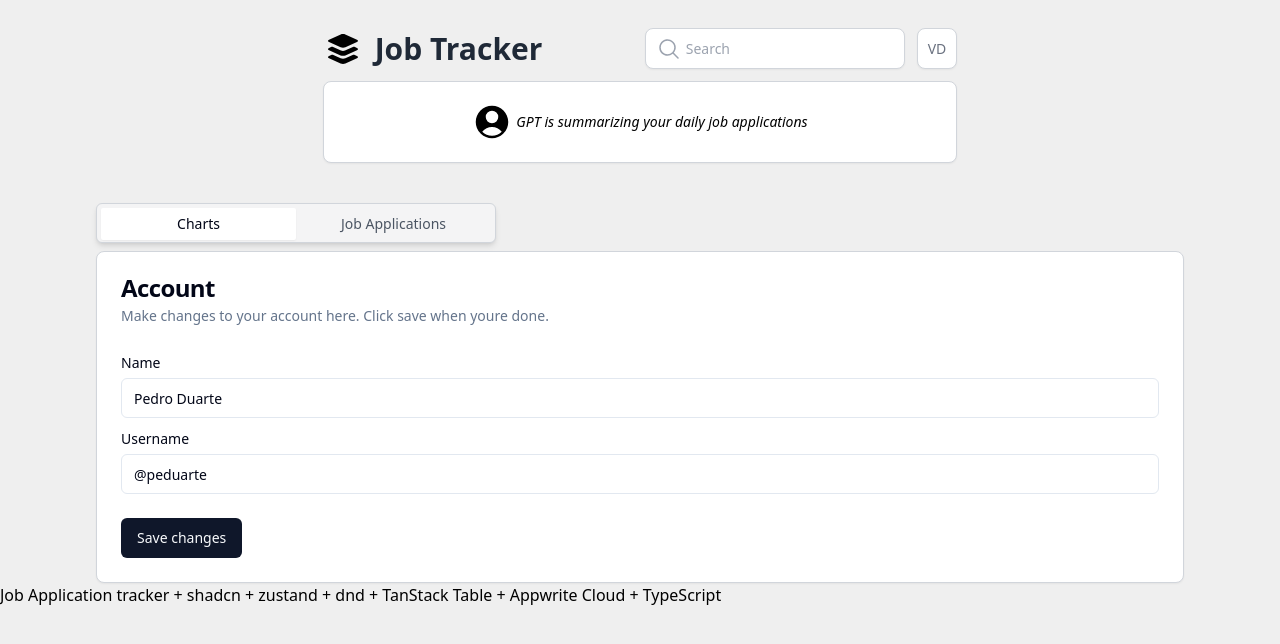
Repository: Vasil1001/job-applications-tracker-nextjs
Page: /
An editor plug-in stored every save of this project. The page is shown before and after a run of saves, followed by the edit.
The browser window is 1280 px wide. The pictures show the whole page.
The project was rebuilt for these pictures with package versions that can differ from the ones it lists, and the page was loaded fresh each time. The framework's server and built-in components were replaced by stand-ins that run in the browser. Also part of the build but not shown: next.config.js.

Above is the page before, as saved 2023-06-24 19:05:11.

### app/layout.tsx
import "./globals.css";
import { Inter } from "next/font/google";

const inter = Inter({ subsets: ["latin"] });

export const metadata = {
  title: "Job Tracker",
  description: "Generated by create next app",
};

export default function RootLayout({
  children,
}: {
  children: React.ReactNode;
}) {
  return (
    <html lang="en">
      <body  suppressHydrationWarning={true} className="bg-[#efefef]">{children}</body>
    </html>
  );
}

### app/page.tsx
import Header from "@/components/Header";
import Image from "next/image";

export default function Home() {
  return (
    <main className="flex min-h-screen max-w-screen flex-col justify-between mx-auto ">
      {/* Header Component */}
      <Header />

      {/* Board dnd Component */}

    </main>
  );
}

### components/Header.tsx
"use client";
import { Search } from "lucide-react";
import React from "react";
import SearchBar from "./navbar/SearchBar";
import { IoIosApps } from "react-icons/io";
import { RiSendPlaneLine } from "react-icons/ri";
import { BiNotepad } from "react-icons/bi";
import Image from "next/image";
import { MagnifyingGlassIcon, UserCircleIcon } from "@heroicons/react/24/solid";
import { FiUser } from "react-icons/fi";
import { HiMagnifyingGlass } from "react-icons/hi2";
import Navbar from "./navbar/Navbar";
import Avatar from "react-avatar";
import JobChartsTab from "./ui/JobChartsTab";

export default function Header() {
  return (
    <header className="">
      <Navbar />

      <JobChartsTab />
      <h1>
        Job Application tracker + shadcn + zustand + dnd + TanStack Table +
        Appwrite Cloud + TypeScript
      </h1>
    </header>
  );
}

### components/navbar/Navbar.tsx
import React from "react";
import SearchBar from "./SearchBar";
import { IoIosApps } from "react-icons/io";
import { HiMagnifyingGlass } from "react-icons/hi2";
import { UserCircleIcon } from "@heroicons/react/24/solid";

export default function Navbar() {
  return (
    <div className="bg-[#efefef] p-7 xl:px-24 transition-all ">
      <div className="xl:w-7/12 mx-auto">
        <div className="flex flex-col md:flex-row items-center transition-all ">
          {/* <Navbar /> */}
          {/* <Image
          src="https://links.papareact.com/c2cdd5"
          alt="Logo"
          width={300}
          height={100}
          className="w-44 md:w-56 pb-10 md:pb-0 object-contain"
        /> */}
          {/* Logo */}
          <div className="flex items-center font-bold text-3xl mb-3 md:mb-0">
            <IoIosApps size={40} className="mr-3" />
            <span className="text-gray-800">Job Tracker</span>
          </div>

          {/* Search input, button and profile */}
          <div className="flex items-center gap-3 flex-1 justify-end w-full">
            <form className=" flex items-center justify-center  flex-1 md:flex-initial transition-all">
              <div className="relative  flex-1 md:flex-initial">
                <span className="absolute inset-y-0 left-0 flex items-center pl-3">
                  <HiMagnifyingGlass className="w-6 h-6 text-gray-400" />
                </span>
                <div className="flex gap-3 h-full">
                  <input
                    type="text"
                    className="w-full flex-1 h-full py-2.5 pl-10 pr-4 border shadow-sm focus-visible:outline-none focus-visible:ring-1 focus:ring-gray-400 text-black bg-white border-gray-300 text-sm rounded-lg hover:border-gray-300 placeholder:text-gray-400 focus:placeholder:text-gray-500"
                    placeholder="Search"
                  />
                  <div className="border flex px-2.5 items-center justify-center shadow-sm focus-visible:outline-none focus-visible:ring-1 focus:ring-gray-400 bg-white text-gray-500 border-gray-300 text-sm rounded-lg hover:border-gray-300">
                    VD
                  </div>
                </div>
              </div>
              <button hidden> Search</button>
            </form>
          </div>
        </div>

        <div className="flex w-full flex-1  md:justify-end mt-3">
          <p className="flex flex-1 items-center justify-center text-sm font-light pr-5 shadow-sm rounded-lg p-5 w-fit bg-white italic border border-gray-300 hover:border-gray-300">
            <UserCircleIcon className=" inline-block h-10 w-10 mr-1" />
            GPT is summarizing your daily job applications
          </p>
        </div>
      </div>
    </div>
  );
}

### components/ui/JobChartsTab.tsx
import { Button } from "@/components/ui/button";
import {
  Card,
  CardContent,
  CardDescription,
  CardFooter,
  CardHeader,
  CardTitle,
} from "@/components/ui/card";
import { Input } from "@/components/ui/input";
import { Label } from "@/components/ui/label";
import { Tabs, TabsContent, TabsList, TabsTrigger } from "@/components/ui/tabs";
export default function JobChartsTab() {
  return (
    <div className="px-7 pt-3 xl:px-24 transition-all bg-[#efefef]">
      <Tabs defaultValue="account" className="">
        <TabsList className="grid grid-cols-2 w-[400px] border border-gray-300">
          <TabsTrigger className="" value="account">Charts</TabsTrigger>
          <TabsTrigger className="" value="password">Job Applications</TabsTrigger>
        </TabsList>
        <TabsContent value="account">
          <Card>
            <CardHeader>
              <CardTitle>Account</CardTitle>
              <CardDescription>
                Make changes to your account here. Click save when youre done.
              </CardDescription>
            </CardHeader>
            <CardContent className="space-y-2">
              <div className="space-y-1">
                <Label htmlFor="name">Name</Label>
                <Input id="name" defaultValue="Pedro Duarte" />
              </div>
              <div className="space-y-1">
                <Label htmlFor="username">Username</Label>
                <Input id="username" defaultValue="@peduarte" />
              </div>
            </CardContent>
            <CardFooter>
              <Button>Save changes</Button>
            </CardFooter>
          </Card>
        </TabsContent>
        <TabsContent value="password">
          <Card>
            <CardHeader>
              <CardTitle>Password</CardTitle>
              <CardDescription>
                Change your password here. After saving, yoll be logged out.
              </CardDescription>
            </CardHeader>
            <CardContent className="space-y-2">
              <div className="space-y-1">
                <Label htmlFor="current">Current password</Label>
                <Input id="current" type="password" />
              </div>
              <div className="space-y-1">
                <Label htmlFor="new">New password</Label>
                <Input id="new" type="password" />
              </div>
            </CardContent>
            <CardFooter>
              <Button>Save password</Button>
            </CardFooter>
          </Card>
        </TabsContent>
      </Tabs>
    </div>
  );
}

### components/ui/button.tsx
import * as React from "react"
import { Slot } from "@radix-ui/react-slot"
import { cva, type VariantProps } from "class-variance-authority"

import { cn } from "@/lib/utils"

const buttonVariants = cva(
  "inline-flex items-center justify-center rounded-md text-sm font-medium ring-offset-white transition-colors focus-visible:outline-none focus-visible:ring-2 focus-visible:ring-slate-400 focus-visible:ring-offset-2 disabled:pointer-events-none disabled:opacity-50 dark:ring-offset-slate-950 dark:focus-visible:ring-slate-800",
  {
    variants: {
      variant: {
        default: "bg-slate-900 text-slate-50 hover:bg-slate-900/90 dark:bg-slate-50 dark:text-slate-900 dark:hover:bg-slate-50/90",
        destructive:
          "bg-red-500 text-slate-50 hover:bg-red-500/90 dark:bg-red-900 dark:text-red-50 dark:hover:bg-red-900/90",
        outline:
          "border border-slate-200 bg-white hover:bg-slate-100 hover:text-slate-900 dark:border-slate-800 dark:bg-slate-950 dark:hover:bg-slate-800 dark:hover:text-slate-50",
        secondary:
          "bg-slate-100 text-slate-900 hover:bg-slate-100/80 dark:bg-slate-800 dark:text-slate-50 dark:hover:bg-slate-800/80",
        ghost: "hover:bg-slate-100 hover:text-slate-900 dark:hover:bg-slate-800 dark:hover:text-slate-50",
        link: "text-slate-900 underline-offset-4 hover:underline dark:text-slate-50",
      },
      size: {
        default: "h-10 px-4 py-2",
        sm: "h-9 rounded-md px-3",
        lg: "h-11 rounded-md px-8",
        icon: "h-10 w-10",
      },
    },
    defaultVariants: {
      variant: "default",
      size: "default",
    },
  }
)

export interface ButtonProps
  extends React.ButtonHTMLAttributes<HTMLButtonElement>,
    VariantProps<typeof buttonVariants> {
  asChild?: boolean
}

const Button = React.forwardRef<HTMLButtonElement, ButtonProps>(
  ({ className, variant, size, asChild = false, ...props }, ref) => {
    const Comp = asChild ? Slot : "button"
    return (
      <Comp
        className={cn(buttonVariants({ variant, size, className }))}
        ref={ref}
        {...props}
      />
    )
  }
)
Button.displayName = "Button"

export { Button, buttonVariants }

### components/ui/card.tsx
import * as React from "react"

import { cn } from "@/lib/utils"

const Card = React.forwardRef<
  HTMLDivElement,
  React.HTMLAttributes<HTMLDivElement>
>(({ className, ...props }, ref) => (
  <div
    ref={ref}
    className={cn(
      "rounded-lg border border-gray-300 bg-white text-slate-950 shadow-sm dark:border-slate-800 dark:bg-slate-950 dark:text-slate-50",
      className
    )}
    {...props}
  />
))
Card.displayName = "Card"

const CardHeader = React.forwardRef<
  HTMLDivElement,
  React.HTMLAttributes<HTMLDivElement>
>(({ className, ...props }, ref) => (
  <div
    ref={ref}
    className={cn("flex flex-col space-y-1.5 p-6", className)}
    {...props}
  />
))
CardHeader.displayName = "CardHeader"

const CardTitle = React.forwardRef<
  HTMLParagraphElement,
  React.HTMLAttributes<HTMLHeadingElement>
>(({ className, ...props }, ref) => (
  <h3
    ref={ref}
    className={cn(
      "text-2xl font-semibold leading-none tracking-tight",
      className
    )}
    {...props}
  />
))
CardTitle.displayName = "CardTitle"

const CardDescription = React.forwardRef<
  HTMLParagraphElement,
  React.HTMLAttributes<HTMLParagraphElement>
>(({ className, ...props }, ref) => (
  <p
    ref={ref}
    className={cn("text-sm text-slate-500 dark:text-slate-400", className)}
    {...props}
  />
))
CardDescription.displayName = "CardDescription"

const CardContent = React.forwardRef<
  HTMLDivElement,
  React.HTMLAttributes<HTMLDivElement>
>(({ className, ...props }, ref) => (
  <div ref={ref} className={cn("p-6 pt-0", className)} {...props} />
))
CardContent.displayName = "CardContent"

const CardFooter = React.forwardRef<
  HTMLDivElement,
  React.HTMLAttributes<HTMLDivElement>
>(({ className, ...props }, ref) => (
  <div
    ref={ref}
    className={cn("flex items-center p-6 pt-0", className)}
    {...props}
  />
))
CardFooter.displayName = "CardFooter"

export { Card, CardHeader, CardFooter, CardTitle, CardDescription, CardContent }

### components/ui/input.tsx
import * as React from "react"

import { cn } from "@/lib/utils"

export interface InputProps
  extends React.InputHTMLAttributes<HTMLInputElement> {}

const Input = React.forwardRef<HTMLInputElement, InputProps>(
  ({ className, type, ...props }, ref) => {
    return (
      <input
        type={type}
        className={cn(
          "flex h-10 w-full rounded-md border border-slate-200 border-slate-200 bg-white px-3 py-2 text-sm ring-offset-white file:border-0 file:bg-transparent file:text-sm file:font-medium placeholder:text-slate-500 focus-visible:outline-none focus-visible:ring-2 focus-visible:ring-slate-400 focus-visible:ring-offset-2 disabled:cursor-not-allowed disabled:opacity-50 dark:border-slate-800 dark:border-slate-800 dark:bg-slate-950 dark:ring-offset-slate-950 dark:placeholder:text-slate-400 dark:focus-visible:ring-slate-800",
          className
        )}
        ref={ref}
        {...props}
      />
    )
  }
)
Input.displayName = "Input"

export { Input }

### components/ui/label.tsx
import * as React from "react"
import * as LabelPrimitive from "@radix-ui/react-label"
import { cva, type VariantProps } from "class-variance-authority"

import { cn } from "@/lib/utils"

const labelVariants = cva(
  "text-sm font-medium leading-none peer-disabled:cursor-not-allowed peer-disabled:opacity-70"
)

const Label = React.forwardRef<
  React.ElementRef<typeof LabelPrimitive.Root>,
  React.ComponentPropsWithoutRef<typeof LabelPrimitive.Root> &
    VariantProps<typeof labelVariants>
>(({ className, ...props }, ref) => (
  <LabelPrimitive.Root
    ref={ref}
    className={cn(labelVariants(), className)}
    {...props}
  />
))
Label.displayName = LabelPrimitive.Root.displayName

export { Label }

### components/ui/tabs.tsx
import * as React from "react"
import * as TabsPrimitive from "@radix-ui/react-tabs"

import { cn } from "@/lib/utils"

const Tabs = TabsPrimitive.Root

const TabsList = React.forwardRef<
  React.ElementRef<typeof TabsPrimitive.List>,
  React.ComponentPropsWithoutRef<typeof TabsPrimitive.List>
>(({ className, ...props }, ref) => (
  <TabsPrimitive.List
    ref={ref}
    className={cn(
      "inline-flex h-10 items-center justify-center rounded-md shadow-md bg-zinc-100 p-1 text-gray-600 dark:bg-slate-800 dark:text-slate-400",
      className
    )}
    {...props}
  />
))
TabsList.displayName = TabsPrimitive.List.displayName

const TabsTrigger = React.forwardRef<
  React.ElementRef<typeof TabsPrimitive.Trigger>,
  React.ComponentPropsWithoutRef<typeof TabsPrimitive.Trigger>
>(({ className, ...props }, ref) => (
  <TabsPrimitive.Trigger
    ref={ref}
    className={cn(
      "inline-flex items-center justify-center whitespace-nowrap rounded-sm px-3 py-1.5 text-sm font-medium ring-offset-white transition-all focus-visible:outline-none focus-visible:ring-2 focus-visible:ring-slate-400 focus-visible:ring-offset-2 disabled:pointer-events-none disabled:opacity-50 data-[state=active]:bg-white data-[state=active]:text-slate-950 data-[state=active]:shadow-sm dark:ring-offset-slate-950 dark:focus-visible:ring-slate-800 dark:data-[state=active]:bg-slate-950 dark:data-[state=active]:text-slate-50",
      className
    )}
    {...props}
  />
))
TabsTrigger.displayName = TabsPrimitive.Trigger.displayName

const TabsContent = React.forwardRef<
  React.ElementRef<typeof TabsPrimitive.Content>,
  React.ComponentPropsWithoutRef<typeof TabsPrimitive.Content>
>(({ className, ...props }, ref) => (
  <TabsPrimitive.Content
    ref={ref}
    className={cn(
      "mt-2 ring-offset-white focus-visible:outline-none focus-visible:ring-2 focus-visible:ring-slate-400 focus-visible:ring-offset-2 dark:ring-offset-slate-950 dark:focus-visible:ring-slate-800",
      className
    )}
    {...props}
  />
))
TabsContent.displayName = TabsPrimitive.Content.displayName

export { Tabs, TabsList, TabsTrigger, TabsContent }

Loaded but not shown: app/globals.css (common file); lib/utils.ts (common file); tailwind.config.js (common file)

After the next 3 saves:
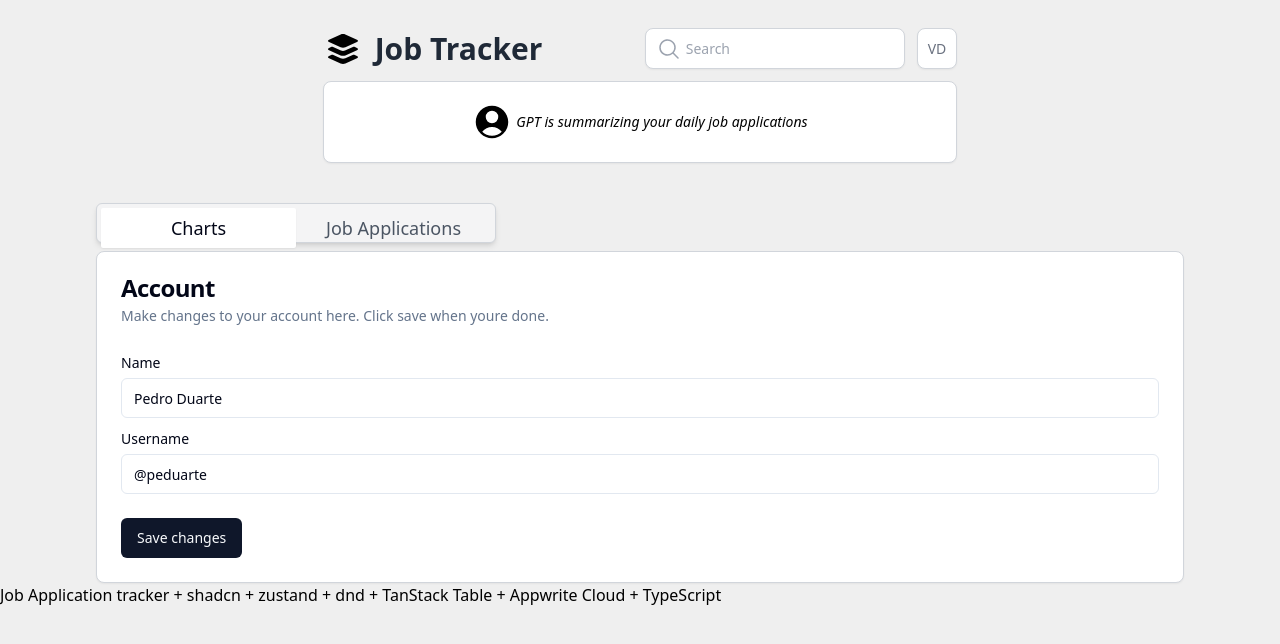
The 3 saves are shown as one change because they came seconds apart.
The last was saved 31 s later.
--- a/components/ui/tabs.tsx
+++ b/components/ui/tabs.tsx
@@ -27,7 +27,7 @@
   <TabsPrimitive.Trigger
     ref={ref}
     className={cn(
-      "inline-flex items-center justify-center whitespace-nowrap rounded-sm px-3 py-1.5 text-sm font-medium ring-offset-white transition-all focus-visible:outline-none focus-visible:ring-2 focus-visible:ring-slate-400 focus-visible:ring-offset-2 disabled:pointer-events-none disabled:opacity-50 data-[state=active]:bg-white data-[state=active]:text-slate-950 data-[state=active]:shadow-sm dark:ring-offset-slate-950 dark:focus-visible:ring-slate-800 dark:data-[state=active]:bg-slate-950 dark:data-[state=active]:text-slate-50",
+      "inline-flex items-center justify-center whitespace-nowrap rounded-sm px-3 py-1.5 text-lg font-medium ring-offset-white transition-all focus-visible:outline-none focus-visible:ring-2 focus-visible:ring-slate-400 focus-visible:ring-offset-2 disabled:pointer-events-none disabled:opacity-50 data-[state=active]:bg-white data-[state=active]:text-slate-950 data-[state=active]:shadow-sm dark:ring-offset-slate-950 dark:focus-visible:ring-slate-800 dark:data-[state=active]:bg-slate-950 dark:data-[state=active]:text-slate-50",
       className
     )}
     {...props}

After the save that followed:
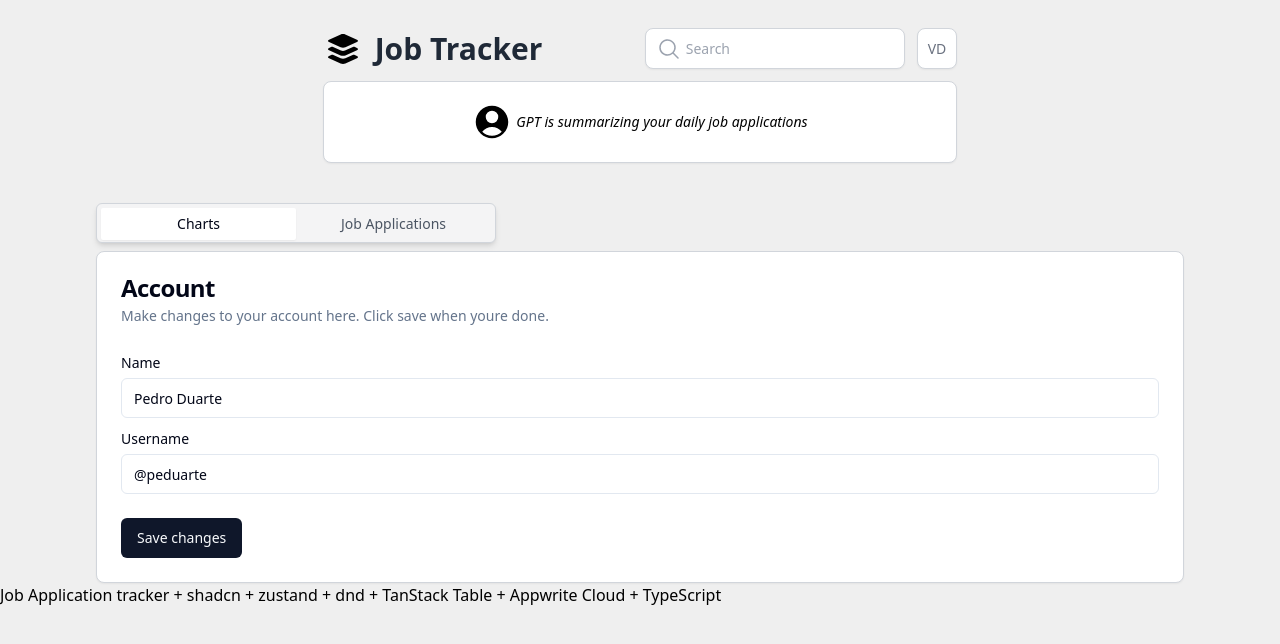
Saved 7 s later.
--- a/components/ui/tabs.tsx
+++ b/components/ui/tabs.tsx
@@ -27,7 +27,7 @@
   <TabsPrimitive.Trigger
     ref={ref}
     className={cn(
-      "inline-flex items-center justify-center whitespace-nowrap rounded-sm px-3 py-1.5 text-lg font-medium ring-offset-white transition-all focus-visible:outline-none focus-visible:ring-2 focus-visible:ring-slate-400 focus-visible:ring-offset-2 disabled:pointer-events-none disabled:opacity-50 data-[state=active]:bg-white data-[state=active]:text-slate-950 data-[state=active]:shadow-sm dark:ring-offset-slate-950 dark:focus-visible:ring-slate-800 dark:data-[state=active]:bg-slate-950 dark:data-[state=active]:text-slate-50",
+      "inline-flex items-center justify-center whitespace-nowrap rounded-sm px-3 py-1.5 text-sm font-medium ring-offset-white transition-all focus-visible:outline-none focus-visible:ring-2 focus-visible:ring-slate-400 focus-visible:ring-offset-2 disabled:pointer-events-none disabled:opacity-50 data-[state=active]:bg-white data-[state=active]:text-slate-950 data-[state=active]:shadow-sm dark:ring-offset-slate-950 dark:focus-visible:ring-slate-800 dark:data-[state=active]:bg-slate-950 dark:data-[state=active]:text-slate-50",
       className
     )}
     {...props}
